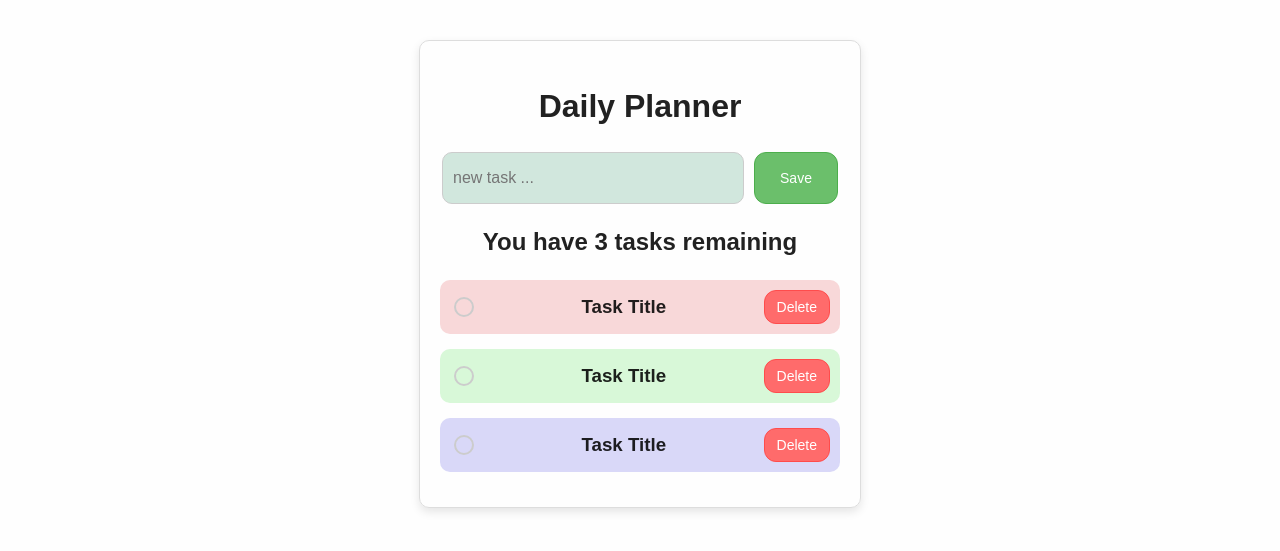
Repository: Zalida-Khan/Frontend-Lab4
Page: /
The author's editor kept a copy of each file at every save. The page is drawn from the files as they stood at one save, then again after a run of saves.
The browser window is 1280 px wide. The pictures show the whole page.
The project was rebuilt for these pictures with package versions that can differ from the ones it lists, and the page was loaded fresh each time. Also part of the build but not shown: vite.config.js.

Above is the page before, as saved 2024-10-22 00:49:24.

### index.html
<!doctype html>
<html lang="en">

<head>
  <meta charset="UTF-8" />
  <link rel="icon" type="image/svg+xml" href="/vite.svg" />
  <meta name="viewport" content="width=device-width, initial-scale=1.0" />
  <title>Day Planner</title>
</head>

<body>
  <div id="root"></div>
  <script type="module" src="/src/main.jsx"></script>
</body>

</html>

### src/App.jsx
import "./App.css";
import React, { useState } from "react";
import Task from "./components/Task";
import TaskForm from "./components/TaskForm";

function App() {
  const [tasks, setTasks] = useState([
    { id: 1, text: "Task 1", completed: false },
    { id: 2, text: "Task 2", completed: false },
    { id: 3, text: "Task 3", completed: false },
  ]);

  const addTask = (text) =>
    setTasks([...tasks, { id: Date.now(), text, completed: false }]);

  const toggleTask = (id) =>
    setTasks(
      tasks.map((task) =>
        task.id === id ? { ...task, completed: !task.completed } : task
      )
    );

  const removeTask = (id) => setTasks(tasks.filter((task) => task.id !== id));

  const remainingTasks = tasks.filter((task) => !task.completed).length;

  return (
    <div className="app">
      <header>
        <h1>Daily Planner</h1>
      </header>
      <TaskForm addTask={addTask} />
      <h2>You have {remainingTasks} tasks remaining</h2>
      <div className="task-list">
        {tasks.map((task) => (
          <Task
            key={task.id}
            task={task}
            toggleTask={toggleTask}
            removeTask={removeTask}
          />
        ))}
      </div>
    </div>
  );
}

export default App;

### src/index.css
:root {
  font-family: Inter, system-ui, Avenir, Helvetica, Arial, sans-serif;
  line-height: 1.5;
  font-weight: 400;

  color-scheme: light dark;
  color: rgba(0, 0, 0, 0.87);
  background-color: #fefefe;

  font-synthesis: none;
  text-rendering: optimizeLegibility;
  -webkit-font-smoothing: antialiased;
  -moz-osx-font-smoothing: grayscale;
}

### src/App.css
#root {
  max-width: 1280px;
  margin: 0 auto;
  padding: 2rem;
  text-align: center;
}

.app {
  width: 400px;
  margin: 0 auto;
  padding: 20px;
  font-family: Arial, sans-serif;
  border: 1px solid #ddd;
  border-radius: 10px;
  box-shadow: 0 4px 10px rgba(0, 0, 0, 0.1);
}

.task-list {
  margin-top: 20px;
}

.task {
  display: flex;
  align-items: center;
  justify-content: space-between;
  margin-bottom: 15px;
  padding: 10px;
  border-radius: 10px;
}

.task:nth-child(6n+1) {
  background-color: #f8d8d9;
}

.task:nth-child(6n+2) {
  background-color: #d8f8d8;
}

.task:nth-child(6n+3) {
  background-color: #d9d8f8;
}

.task:nth-child(6n+4) {
  background-color: #f8e1d8;
}

.task:nth-child(6n+5) {
  background-color: #e1f8d8;
}

.task:nth-child(6n) {
  background-color: #d8e1f8;
}

.task h3 {
  margin: 0;
  flex-grow: 1;
  text-decoration: none;
}

.task.completed h3 {
  text-decoration: line-through;
}

.checkmark {
  appearance: none;
  width: 20px;
  height: 20px;
  border-radius: 50%;
  border: 2px solid #ccc;
  background-color: transparent;
  display: flex;
  align-items: center;
  justify-content: center;
  cursor: pointer;
  margin-right: 10px;
}

.checkmark:checked {
  background-color: #d1e7dd;
  border: 2px solid #198754;
}

.checkmark:checked::after {
  content: '✓';
  color: rgb(0, 0, 0);
}

.delete-btn {
  padding: 8px 12px;
  border-radius: 12px;
  background-color: #ff6b6b;
  border: 1px solid #ff4c4c;
  color: white;
  cursor: pointer;
  font-size: 14px;
  transition: background-color 0.3s, transform 0.2s;
}

.delete-btn:hover {
  background-color: #ff4c4c;
  transform: scale(1.05);
}

.save-btn {
  padding: 17px 25px;
  border-radius: 12px;
  background-color: #6bbf6b;
  border: 1px solid #4cae4c;
  color: white;
  cursor: pointer;
  font-size: 14px;
  transition: background-color 0.3s, transform 0.2s;
}

.save-btn:hover {
  background-color: #4cae4c;
  transform: scale(1.05);
}

.input-field {
  width: 70%;
  height: 30px;
  padding: 10px;
  border-radius: 10px;
  background-color: #d1e7dd;
  margin-right: 10px;
  border: 1px solid #ccc;
  font-size: 16px;
  outline: none;
  color: black;
  transition: border-color 0.3s;
}

.input-field:focus {
  border-color: #198754;
}

### src/components/Task.jsx
import React from 'react';

function Task({ task, toggleTask, removeTask }) {
  return (
<div class="task">
  <input type="checkbox" class="checkmark" />
  <div class="task-content">
    <h3>Task Title</h3>
  </div>
  <button class="delete-btn">Delete</button>
</div>
  );
}

export default Task;

### src/components/TaskForm.jsx
import React, { useState } from 'react';

function TaskForm({ addTask }) {
  const [text, setText] = useState('');

  const handleSubmit = (e) => {
    e.preventDefault();
    if (text.trim()) {
      addTask(text);
      setText('');
    }
  };

  return (
    <form onSubmit={handleSubmit}>
      <input className="input-field" type="text" value={text} onChange={(e) => setText(e.target.value)} placeholder="new task ..." />
      <button className="save-btn" type="submit">Save</button>
    </form>
  );
}

export default TaskForm;

Loaded but not shown: src/main.jsx (common file)

After the next 2 saves:
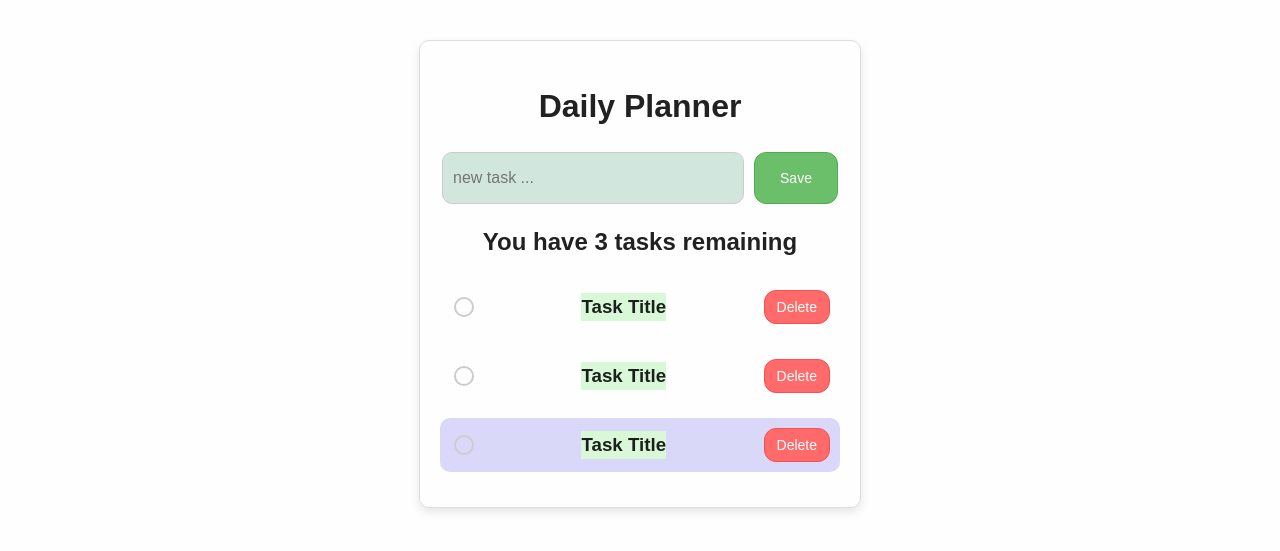
The 2 saves are shown as one change because they came seconds apart.
The last was saved 54 s later.
--- a/src/App.css
+++ b/src/App.css
@@ -28,11 +28,11 @@
   border-radius: 10px;
 }
 
-.task:nth-child(6n+1) {
+.task-content:nth-child(6n+1) {
   background-color: #f8d8d9;
 }
 
-.task:nth-child(6n+2) {
+.task-content:nth-child(6n+2) {
   background-color: #d8f8d8;
 }
 

After the save that followed:
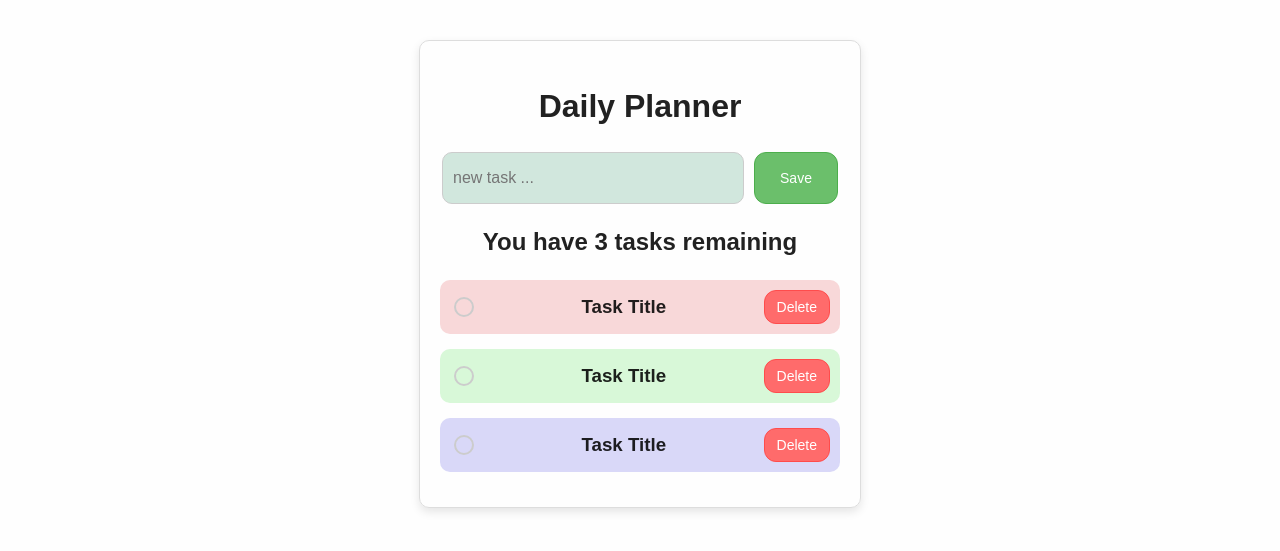
Saved 5 s later.
--- a/src/App.css
+++ b/src/App.css
@@ -28,11 +28,11 @@
   border-radius: 10px;
 }
 
-.task-content:nth-child(6n+1) {
+.task:nth-child(6n+1) {
   background-color: #f8d8d9;
 }
 
-.task-content:nth-child(6n+2) {
+.task:nth-child(6n+2) {
   background-color: #d8f8d8;
 }
 
